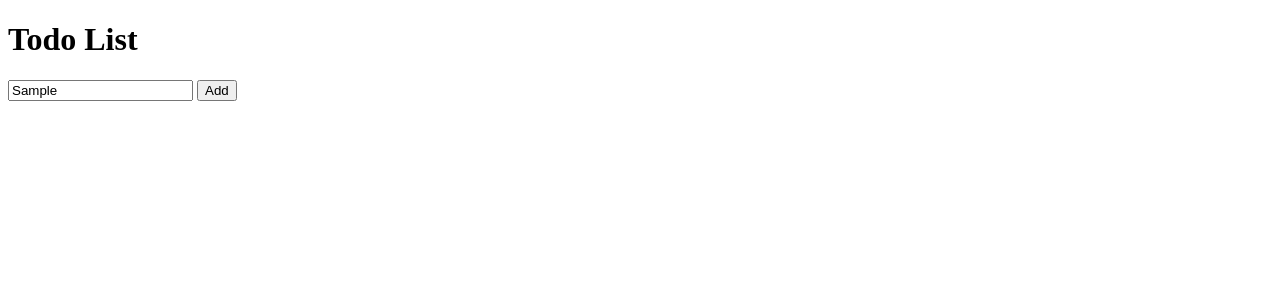
Repository: ble-syn/Todo-list
Page: index.html
These files come from the project's save history. The page is drawn as it stood at one moment and after the next save; the edit follows.
The browser window is 1280 px wide. The pictures show the whole page.
Empty fields were first filled with sample values (such as "Sample", 5 or name@example.com).
After loading, the first visible `button` was clicked once.

Above is the page before, as saved 2022-10-17 19:39:54.
Console error: TypeError: todoList.innerHTML is not a function

### index.html
<!DOCTYPE html>
<html lang="en">
<head>
    <meta charset="UTF-8">
    <meta http-equiv="X-UA-Compatible" content="IE=edge">
    <meta name="viewport" content="width=device-width, initial-scale=1.0">
    <title>Todo List</title>
</head>
<body>
    <main>
        <h1>Todo List</h1>
            <input type="text" name="todo" placeholder="Add a todo">
            <button>Add</button>
            <div id="list"></div>
    </main>

    <script src="app.js"></script>
</body>
</html>

### app.js
const todo = document.querySelector('input');
const button = document.querySelector('button');
let todoList = document.querySelector('#list');

todoArray = [];

function render (){
    todoList.innerHTML = ""

    const items = todoArray.map((element, index) => {
        return `<li>
            <span>${element}</span>
            <button id="${index}">delete</button>
        </li>`
    });

    todoList.innerHTML(items)
}

button.addEventListener('click', () => {
    const value = todo.value;
    todoArray.push(value);
    render();
    todo.value = "";

});

// todoList.addEventListener('click', (e)=>{
//     if(typeof e.target.id == 'number'){

//     }
// })

After the next save:
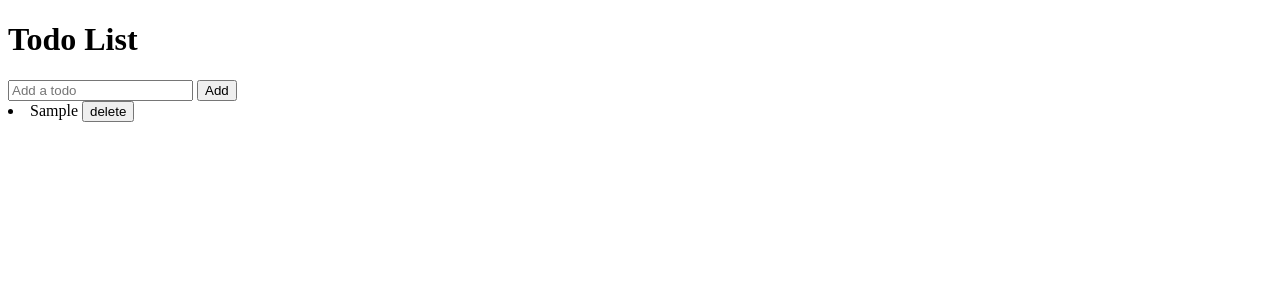
The error is gone.
Saved 23 s later.
--- a/app.js
+++ b/app.js
@@ -14,7 +14,7 @@ function render (){
         </li>`
     });
 
-    todoList.innerHTML(items)
+    todoList.innerHTML = items
 }
 
 button.addEventListener('click', () => {
